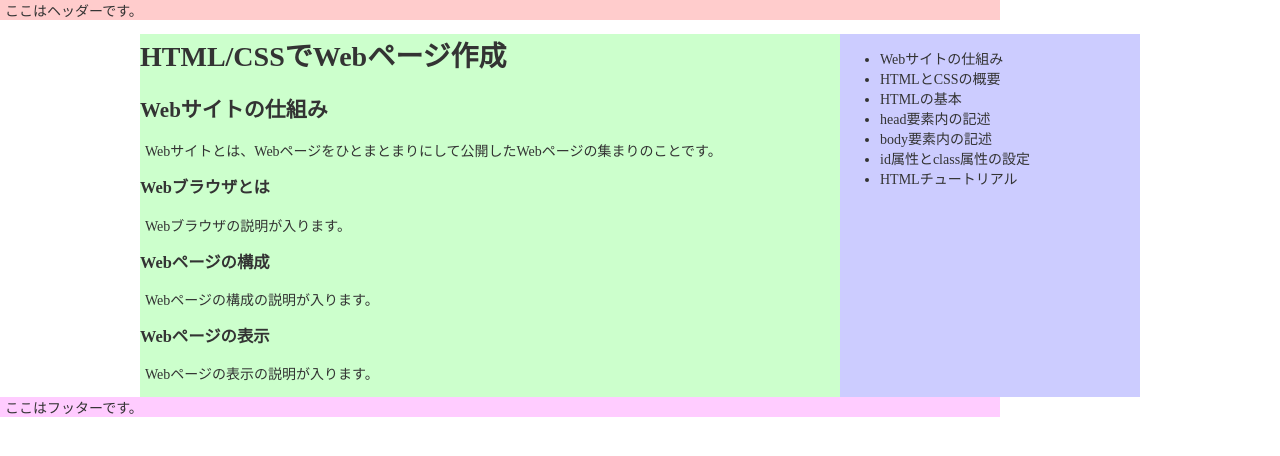
Repository: Naonaka-Saino/first-git
Page: lesson-htmlcss/kadai-html.html
The author's editor kept a record of every edit. The page is drawn from the files as they stood at one moment, then again after the next edit.
The browser window is 1280 px wide. The pictures show the whole page.

Above is the page before.

After the next edit:
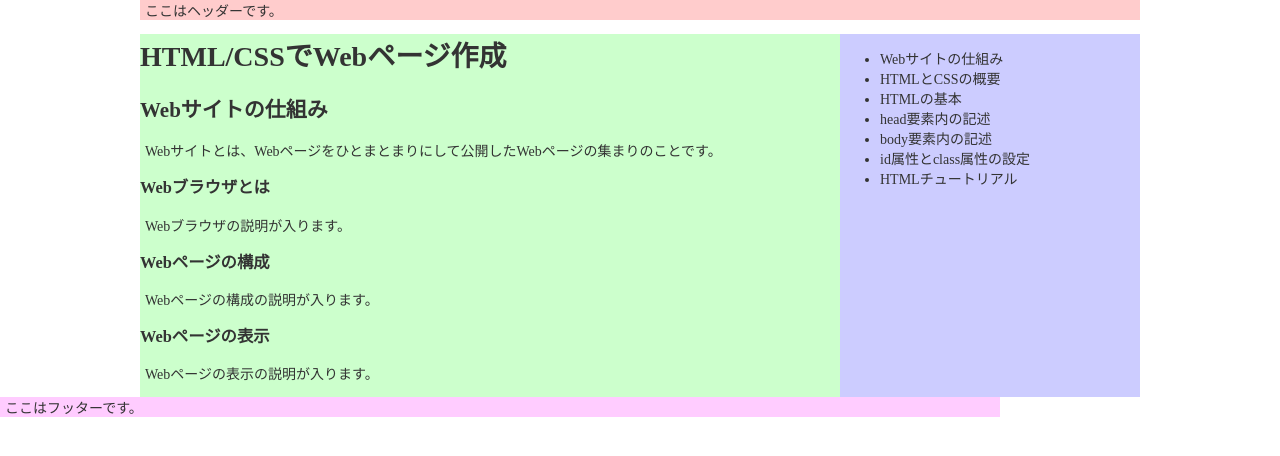
The edit:
--- a/lesson-htmlcss/kadai-css.css
+++ b/lesson-htmlcss/kadai-css.css
@@ -19,6 +19,8 @@
 
 header{
     width:1000px;
+    margin:0 auto;
+    padding:0;
     background-color:#ffcccc;
 }
 
